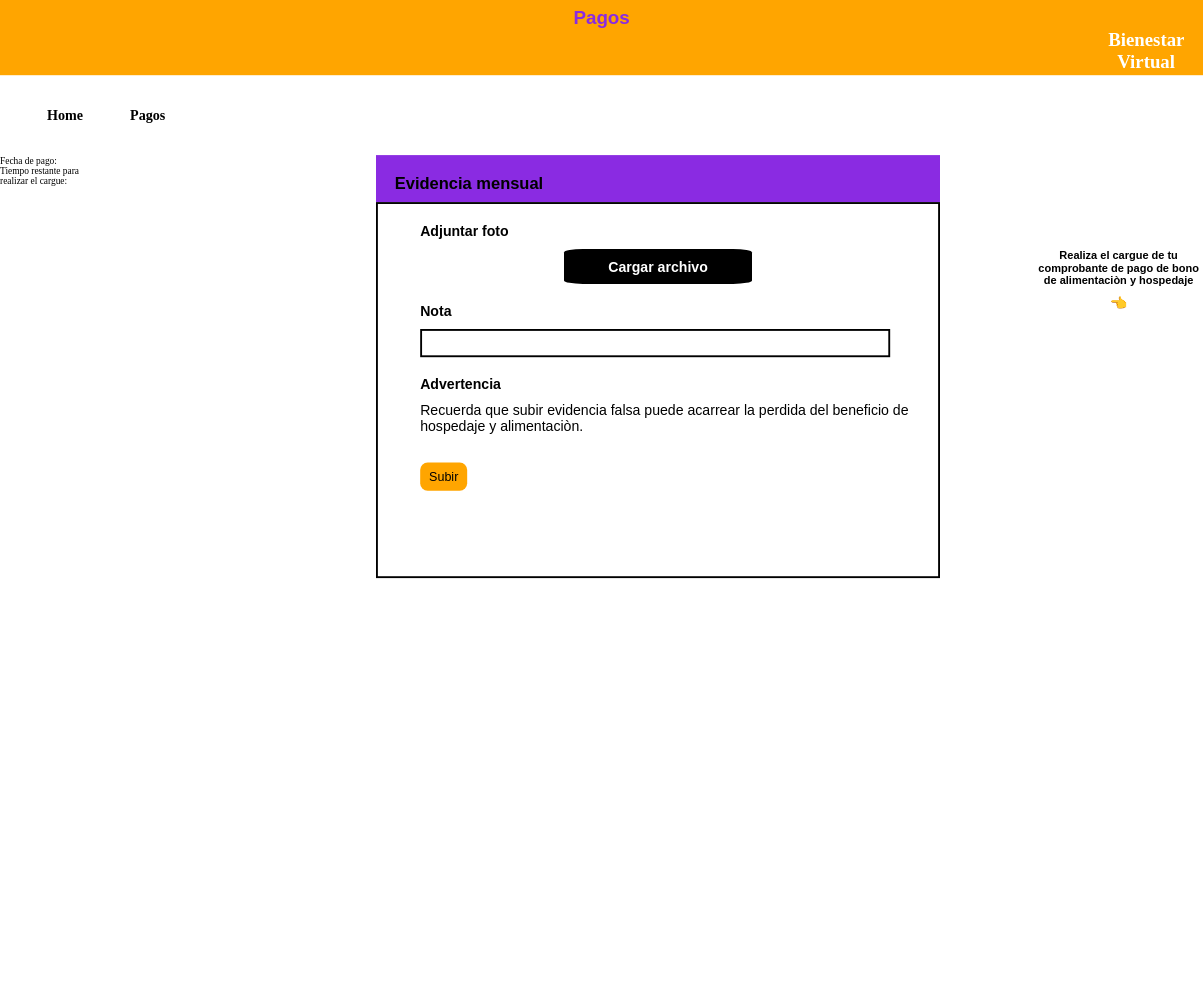
Repository: Diani123/Mis-actividades
Page: softwarebienestarinstitucional/pagos.html
The author's editor kept a copy of each file at every save. The page is drawn from the files as they stood at one save, then again after a run of saves.
The browser window is 1280 px wide. The pictures show the whole page, at 94% of full size.

Above is the page before, as saved 2023-02-12 20:42:21.

### softwarebienestarinstitucional/pagos.html
<!DOCTYPE html>
<html lang="en">
  <head>
    <meta charset="UTF-8" />
    <meta http-equiv="X-UA-Compatible" content="IE=edge" />
    <meta name="viewport" content="width=device-width, initial-scale=1.0" />
    <link rel="stylesheet" href="./pagos.css" />
    <title>Document</title>
  </head>
  <body>
    <header>
      <div class="Encabezado">
        <h2 class="title1">Pagos</h2>
        <h2 class="title2">Bienestar</h2>
        <h2 class="title3">Virtual</h2>
      </div>
    </header>
    <div class="Items">
      <a href="./home.html" class="item"><h2 class="item-title">Home</h2></a>
      <a href="./pagos.html" class="item"><h2 class="item-title">Pagos</h2></a>
    </div>
    <div class="ContainerT">
      <div class="contenedor0">
        <span>Fecha de pago:</span><br>
        <span>Tiempo restante para realizar el cargue:</span>

      </div>

      <div class="contenedor1">
      <div class="ContainerTitle">
        <h3 class="title4">Evidencia mensual</h3>
      </div>
      <div class="Container-dowload">
        <form
          action="../../form-result.php"
          method="post"
          enctype="multipart/form-data"
          target="_blank"
        >
          <p class="textt">Adjuntar foto</p>
          <br />

          <div class="custom-input-file col-md-6 col-sm-6 col-xs-6">
            <input
              type="file"
              id="fichero-tarifas"
              class="input-file"
              value=""
            />
            Cargar archivo
          </div>

          <p class="textt">Nota</p>
          <br />
          <section class="Section-nota">
            <input class="input3" type="text" name="" id="" />
          </section>
          <p class="textt">Advertencia</p>
          <br />
          <h2 class="advertencia">
            Recuerda que subir evidencia falsa puede acarrear la perdida del
            beneficio de hospedaje y alimentaciòn.
          </h2>
          <button class="boton">Subir</button>
        </form>
      </div>
      </div>
      <div class="contenedor2">
        <h3>Realiza el cargue de tu comprobante de pago de bono de alimentaciòn y hospedaje</h3>
        <h2 class="text-contenedor2">👈</h2>
      </div>
    </div>

  </body>
</html>

### softwarebienestarinstitucional/pagos.css
* {
  margin: 0;
  padding: 0;
  box-sizing: border-box;
}
html {
  font-size: 62.5%;
}
html,
body {
  min-height: 100%;
}
.Encabezado {
  display: flex;
  flex-direction: column;
  width: 100%;
  height: 80px;
  background-color: orange;
}
.Items {
  display: flex;
  flex-direction: row;
  text-align: left;
  height: 50px;
  margin-top: 15px;
  margin-bottom: 20px;
}
.title1 {
  padding-top: 8px;
  text-align: center;
  font-size: 2rem;
  font-family: Arial, Helvetica, sans-serif;
  color: blueviolet;
}
.title2 {
  text-align: end;
  margin-right: 20px;
  font-size: 2rem;
  color: white;
}
.title3 {
  text-align: end;
  margin-right: 30px;
  font-size: 2rem;
  color: white;
  padding-top: px;
}
.item-title {
  padding-top: 20px;
  padding-left: 50px;
  color: black;
}
.item {
  text-decoration: none;
}
.item:hover {
  border-bottom: solid 2px orange;
  border-width: 2px;
}

.ContainerTitle {
  margin-left: 300px;
  height: 50px;
  width: 600px;
  background-color: blueviolet;
  padding-left: 20px;
  padding-top: 20px;
  font-size: 1.5rem;
  font-family: Arial, Helvetica, sans-serif;
}
.Container-dowload {
  margin-left: 300px;
  width: 600px;
  height: 400px;
  border: solid 2px black;
}
.ContainerT {
  display: grid;
  grid-template-columns: repeat(3, 1fr);
  grid-template-rows: repeat(2, 1fr);
  grid-column-gap: 0px;
  grid-row-gap: 0px;
}

.textt {
  margin-top: 20px;
  margin-left: 45px;
  font-size: 1.5rem;
  font-weight: 700;
  font-family: Arial, Helvetica, sans-serif;
}
.section1 {
  width: 500px;
  height: 80px;
  margin-left: 45px;
  border: solid 2px black;
  justify-content: center;
  align-items: center;
}

.input3 {
  width: 500px;
  height: 30px;
  margin-left: 45px;
  border: solid 2px black;
}
.advertencia {
  margin-left: 45px;
  font-weight: 100;
  font-family: Arial, Helvetica, sans-serif;
}
.boton {
  margin-top: 30px;
  margin-left: 45px;
  width: 50px;
  height: 30px;
  background-color: orange;
  border-radius: 8px;
  border: none;
  cursor: pointer;
}
.boton:hover {
  box-shadow: 0 0 20px blueviolet;
}
.custom-input-file {
  background-color: black;
  color: #fff;
  cursor: pointer;
  font-size: 1.5rem;
  font-weight: bold;
  margin: 0 auto 0;
  min-height: 15px;
  overflow: hidden;
  padding: 10px;
  position: relative;
  text-align: center;
  width: 200px;
  border-radius: 10%;
  font-family: Arial, Helvetica, sans-serif;
}

.custom-input-file .input-file {
  border: 10000px solid transparent;
  cursor: pointer;
  font-size: 10000px;
  margin: 0;
  opacity: 0;
  outline: 0 none;
  padding: 0;
  position: absolute;
  right: -1000px;
  top: -1000px;
}
.contenedor2{
  margin-left: 80px;
  margin-top: 100px;
  width: 200px;
  height: 50px;
  padding-left: 20px;
  text-align: center;
  font-family: Arial, Helvetica, sans-serif;
  border-radius: solid 2px orange;
}
.text-contenedor2{
  margin-top: 10px;
}

After the next 2 saves:
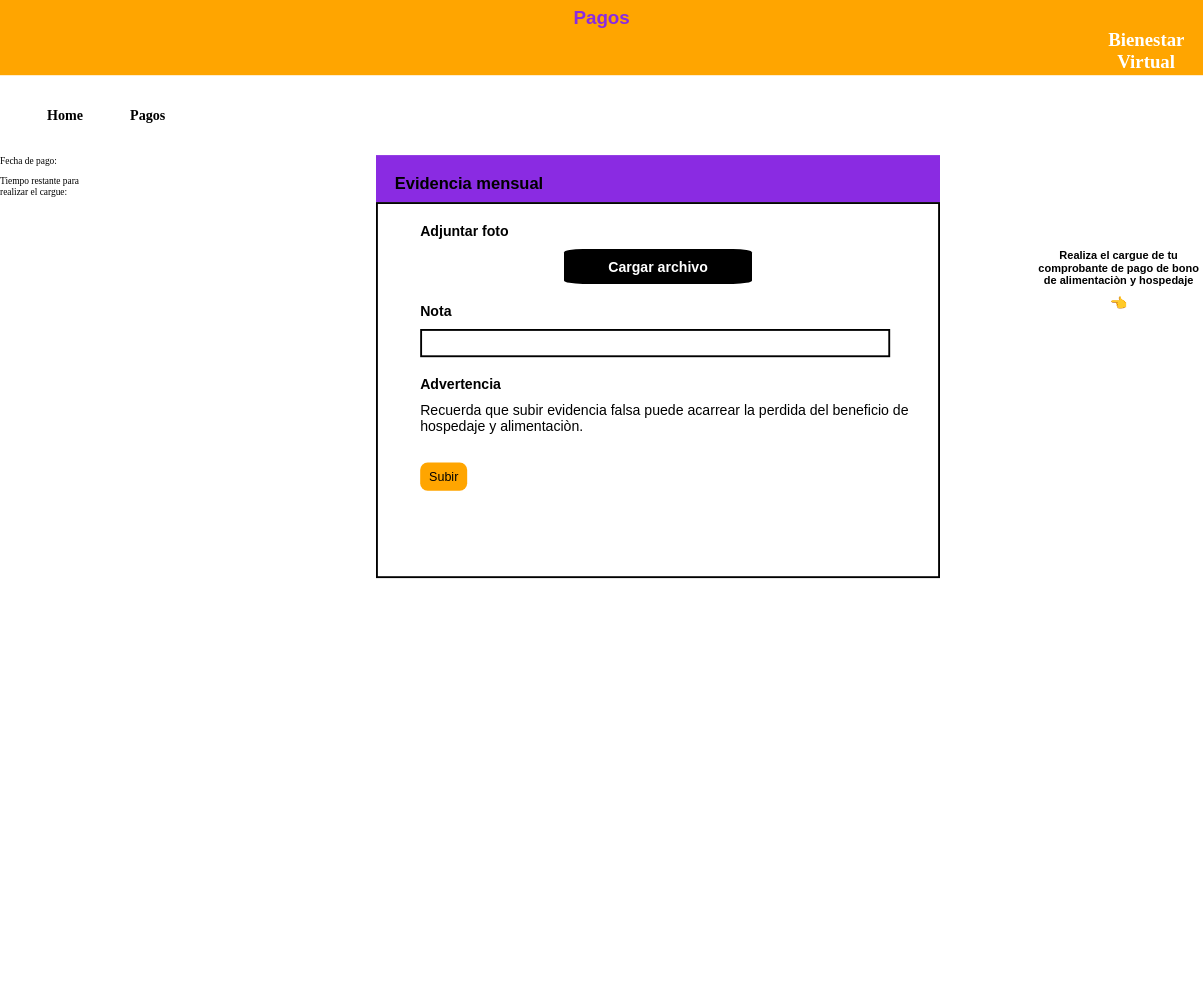
The 2 saves are shown as one change because they came seconds apart.
The last was saved 16 s later.
--- a/softwarebienestarinstitucional/pagos.html
+++ b/softwarebienestarinstitucional/pagos.html
@@ -21,7 +21,7 @@
     </div>
     <div class="ContainerT">
       <div class="contenedor0">
-        <span>Fecha de pago:</span><br>
+        <span>Fecha de pago:</span><br><br>
         <span>Tiempo restante para realizar el cargue:</span>
 
       </div>
